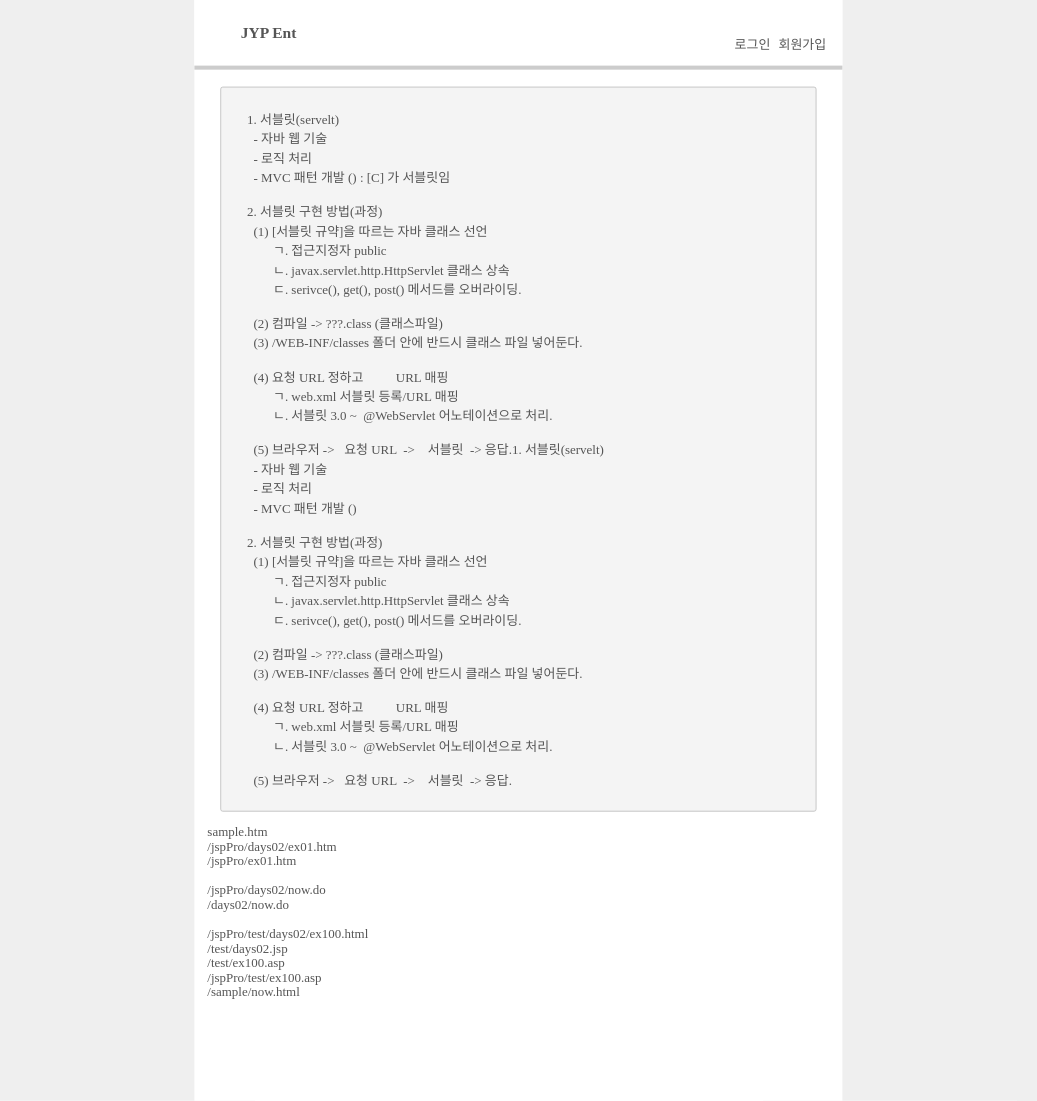
Repository: junyong231/JSP-SSIT
Page: http://localhost/jspPro/days02/ex03.jsp
These files come from the project's save history. The page is drawn as it stood at one moment and after the next save; the edit follows.
The browser window is 1280 px wide. The pictures show the whole page, at 81% of full size.
Some web fonts or font styles are not loaded; a fallback is used. The page is served by Tomcat 9.

Above is the page before, as saved 2024-10-16 07:46:49.

After the next save:
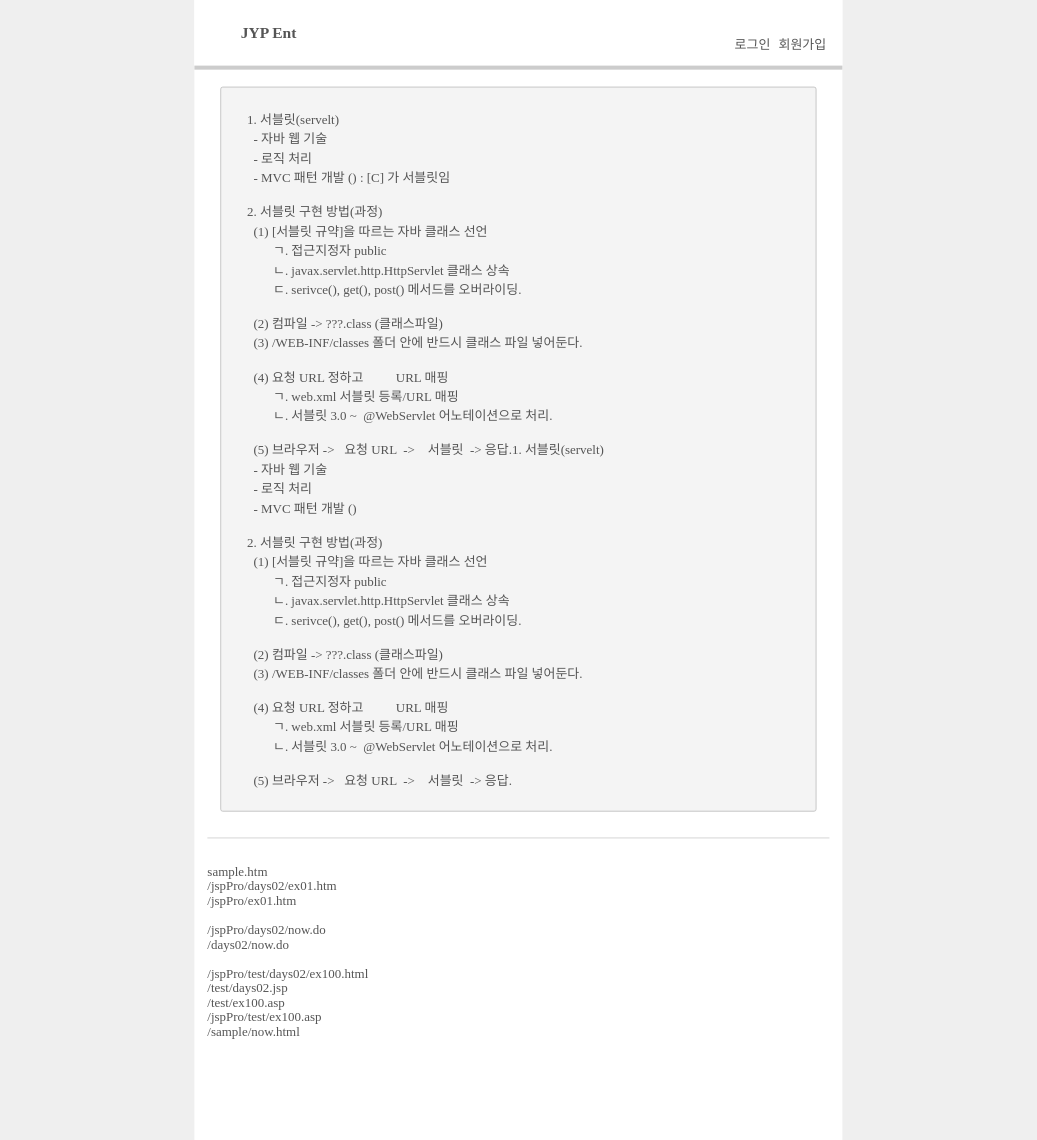
Saved 25 min 58 s later.
--- a/jspPro/src/main/webapp/days02/ex03.jsp
+++ b/jspPro/src/main/webapp/days02/ex03.jsp
@@ -65,7 +65,9 @@
 
       (5) 브라우저 ->   요청 URL  ->    서블릿  -> 응답.
   </xmp>
+  <a href="/sample"></a>
 
+  <hr>
   <a href="sample.htm">sample.htm</a><br />
   <a href="/jspPro/days02/ex01.htm">/jspPro/days02/ex01.htm</a><br />
   <a href="/jspPro/ex01.htm">/jspPro/ex01.htm</a><br /><br />
